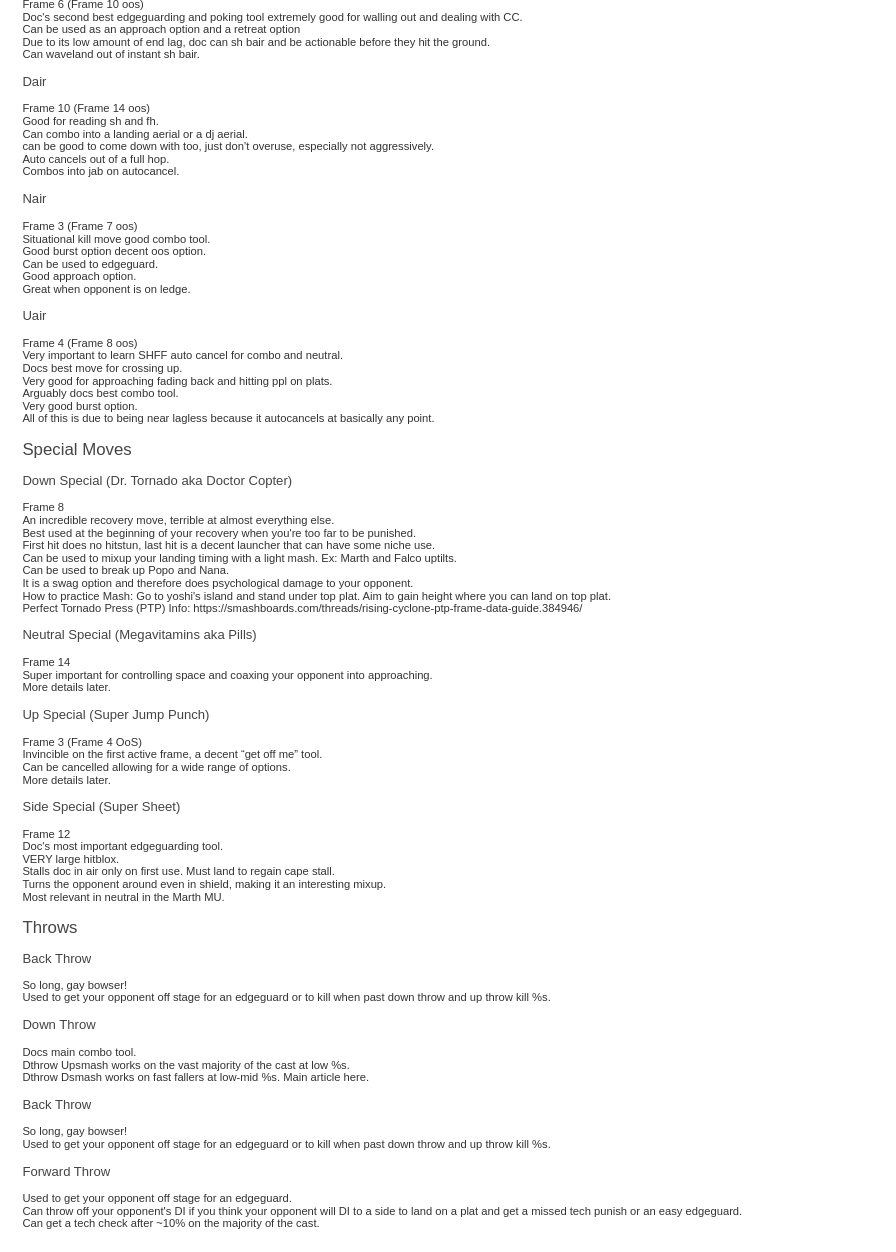
Repository: MatthewBakley/Doc-Document
Page: / (app in melee-doc-web/)
The author's editor kept a copy of each file at every save. The page is drawn from the files as they stood at one save, then again after the next save.
The browser window is 1280 px wide. The pictures show the part of the page from y = 1999 to 3919 px (the page is 3788 px tall before and 3919 px after), at 70% of full size.
The project was rebuilt for these pictures with package versions that can differ from the ones it lists, and the page was loaded fresh each time. Also part of the build but not shown: melee-doc-web/angular.json.

Above is the page before, as saved 2022-11-11 10:56:27.

### melee-doc-web/src/index.html
<!doctype html>
<html lang="en">
<head>
  <meta charset="utf-8">
  <title>MeleeDocWeb</title>
  <base href="/">
  <meta name="viewport" content="width=device-width, initial-scale=1">
  <link rel="icon" type="image/x-icon" href="favicon.ico">
</head>
<body>
  <app-root></app-root>
</body>
</html>

### melee-doc-web/src/app/app.component.ts
import { Component } from '@angular/core';

@Component({
  selector: 'app-root',
  templateUrl: './app.component.html',
  styleUrls: ['./app.component.css']
})
export class AppComponent {
  title = 'Melee Dr. Mario';
}

### melee-doc-web/src/app/app.component.html
<h1> {{title}}</h1>

<h1>Moveset</h1>
<p><a href="https://meleeframedata.com/dr._mario">Doc Moveset Frame Data</a><br>
  This guide below will talk more in terms of moveset application.<br>
  <a href="https://www.youtube.com/watch?v=P6oz-mCtFuQ">This</a><br>
  is just the tip of the iceberg with Doc Tech.<br>
  <a href="https://www.youtube.com/channel/UCcjclJ6iPYCIv2ocbS-OR8Q">Yeta</a><br>
  aka The Vod God has uploaded many high level doc sets in the modern era.
  A very good reference tool.<br>
  <a href="https://savestate.gg/">UnclePunch Savestate Files</a><br>
  There's not many savestate files yet for doc specifically, so get out there and add them!
</p>


<h2>Jabs</h2>

<h3>Jab 1</h3>
<p>
  Frame 2<br>
  One of Docs most useful neutral mixup tools,
  it can set up for things like downsmash and grab. <br>
  Great for interrupting opponents movement and beating longer startup moves.<br>
  Ends frame 15 making it a great option to call out floaty landings as well. <br>
</p>
<h3>Jab 2</h3>
<p>
  Frame 2<br>
  Not often utilized and for good reason, its basically just jab 1 but you have to do jab 1 to set
  it up, which means that it can be used as an additional mixup out of Jab 1, but not much else.
</p>
<h3>Jab 3</h3>
<p>
  Frame 4<br>
  The same as jab 2 except has some knockback to it so it can be a get off me tool at times and
  it can work on shield some what well, also has one of the lowest reaches of any of his moves
  at ledge.
</p>

<h3>Dash Attack</h3>
<p>
  Frame 6<br>
  Situational combo tool<br>
  Decent burst option<br>
  Sends opponents straight up<br>
  Can cause doc to “low profile” certain moves.<br>
  Leads to a techchase, especially on fast fallers.
</p>

<h2>Tilts</h2>

<h3>Down Tilt</h3>
<p>
  Frame 5<br>
  Used as a mixup to confuse your opponent in scraps to lead to a tech chase or edgeguard.<br>
  Much more practically used to set up edgeguards at around mid-high%, however can be amsah teched.
</p>
<h3>Forward Tilt</h3>
<p>Frame 4<br>
  Docs best poke tool, if its spaced well it can't be punished on whiff
  by some characters and can't be punished on shield.<br>
  It's also useful for edgeguarding on stage as well.
  The low angle can cover many options for grabbing ledge.<br>
  It can set up for a techchase situation too.
  </p>
<h3>Up Tilt</h3>
<p>
  Frame 4<br>
  A great combo tool and docs best anti air<br>
  The first frame hitbox sends opponent away and can set up for edgeguards at high %s.<br>
  Its hitbox lingers and it doesn't have much lag either.<br>
  Best used with dthrow, uthrow, landing uair, and dash attack.
</p>

<h2>Smash Attacks</h2>

<h3>Down Smash</h3>
<p>
  Frame 5<br>
  Easily docs best smash attack, amazing kill move and counter move.<br>
  Can set up for techchases can be used in techchases.<br>
  Can cover rolls with back hit.<br>
  Can be hard to punish on shield if spaced well.<br>
  It really does just about everything a move can do. When in doubt, downsmash.
</p>
<h3>Forward Smash</h3>
<p>
  Frame 12
  Doc's best kill move, but poor range
  Extremely good reward off of :
  </p>
  <ul>
    <li>Techchases</li>
    <li>Hard Reads</li>
    <li>Uair/DI mix up Finisher</li>
    <li>Punishing Undershoots</li>
    <li>Punishing Laggy Up-B Recoveries i.e. Shiek and Falcon</li>
  </ul>
<h3>Up Smash</h3>
<p>
  Frame 9 (Frame 10 OoS)
  The worst of the smash attacks but not bad by any means. It's mainly more useful against
  characters like yoshi who you can't hit anything else with out of dthrow, so floaties.<br>
  It also has some use when opponents are coming down due to hurtbox shift and head invincibilty
  like Falco laser (needs testing).<br>
  If the opponent is grounded it can setup for kills since it spikes them (grounded only)<br>
  Great for chain grab finishers
</p>

<h2>Aerial Attacks</h2>
<h3>Bair</h3>
<p>
  Frame 6 (Frame 10 oos)<br>
  Doc's second best edgeguarding and poking tool extremely good for walling out
  and dealing with CC.<br>
  Can be used as an approach option and a retreat option<br>
  Due to its low amount of end lag, doc can sh bair
  and be actionable before they hit the ground.<br>
  Can waveland out of instant sh bair.
  </p>
<h3>Dair</h3>
<p>
  Frame 10 (Frame 14 oos)<br>
  Good for reading sh and fh.<br>
  Can combo into a landing aerial or a dj aerial.<br>
  can be good to come down with too, just don't overuse, especially not aggressively.<br>
  Auto cancels out of a full hop.<br>
  Combos into jab on autocancel.
</p>
<h3>Nair</h3>
<p>
  Frame 3 (Frame 7 oos)<br>
  Situational kill move good combo tool.<br>
  Good burst option decent oos option.<br>
  Can be used to edgeguard.<br>
  Good approach option.<br>
  Great when opponent is on ledge.
</p>
<h3>Uair</h3>
<p>Frame 4 (Frame 8 oos)<br>
  Very important to learn SHFF auto cancel for combo and neutral.<br>
  Docs best move for crossing up.<br>
  Very good for approaching fading back and hitting ppl on plats.<br>
  Arguably docs best combo tool.<br>
  Very good burst option.<br>
  All of this is due to being near lagless because it autocancels at basically any point.<br>
 </p>

<h2>Special Moves</h2>
<h3>Down Special (Dr. Tornado aka Doctor Copter)</h3>
<p>
  Frame 8<br>
  An incredible recovery move, terrible at almost everything else.<br>
  Best used at the beginning of your recovery when you're too far to be punished.<br>
  First hit does no hitstun, last hit is a decent launcher that can have some niche use.<br>
  Can be used to mixup your landing timing with a light mash.
  Ex: Marth and Falco uptilts.<br>
  Can be used to break up Popo and Nana.<br>
  It is a swag option and therefore does psychological damage to your opponent.<br>
  How to practice Mash:
  Go to yoshi's island and stand under top plat.
  Aim to gain height where you can land on top plat.<br>
  Perfect Tornado Press (PTP) Info:
  https://smashboards.com/threads/rising-cyclone-ptp-frame-data-guide.384946/<br>
</p>
<h3>Neutral Special (Megavitamins aka Pills)</h3>
<p>
  Frame 14<br>
  Super important for controlling space and coaxing your opponent into approaching.<br>
  More details later.
</p>
<h3>Up Special (Super Jump Punch)</h3>
<p>
  Frame 3 (Frame 4 OoS)<br>
  Invincible on the first active frame, a decent “get off me” tool.<br>
  Can be cancelled allowing for a wide range of options.<br>
  More details later.
</p>
<h3>Side Special (Super Sheet)</h3>
<p>
  Frame 12<br>
  Doc's most important edgeguarding tool.<br>
  VERY large hitblox.<br>
  Stalls doc in air only on first use.
  Must land to regain cape stall.<br>
  Turns the opponent around even in shield, making it an interesting mixup.<br>
  Most relevant in neutral in the Marth MU.<br>
</p>

<h2>Throws</h2>
<h3>Back Throw</h3>
<p>
  So long, gay bowser!<br>
  Used to get your opponent off stage for an edgeguard
  or to kill when past down throw and up throw kill %s.<br>
</p>
<h3>Down Throw</h3>
<p>
  Docs main combo tool.<br>
  Dthrow Upsmash works on the vast majority of the cast at low %s.<br>
  Dthrow Dsmash works on fast fallers at low-mid %s.
  Main article here.<br>
</p>
<h3>Back Throw</h3>
<p>
  So long, gay bowser!<br>
  Used to get your opponent off stage for an edgeguard
  or to kill when past down throw and up throw kill %s.<br>
</p>
<h3>Forward Throw</h3>
<p>
  Used to get your opponent off stage for an edgeguard.<br>
  Can throw off your opponent's DI if you think your opponent will DI to a side to land on a plat
  and get a missed tech punish or an easy edgeguard.<br>
  Can get a tech check after ~10% on the majority of the cast.<br>
</p>

Loaded but not shown: melee-doc-web/src/styles.css (common file); melee-doc-web/src/main.ts (common file); melee-doc-web/src/app/app.module.ts (common file); melee-doc-web/src/environments/environment.ts (common file); melee-doc-web/src/app/app.component.css (no stored copy; drawn as an empty file)

After the next save:
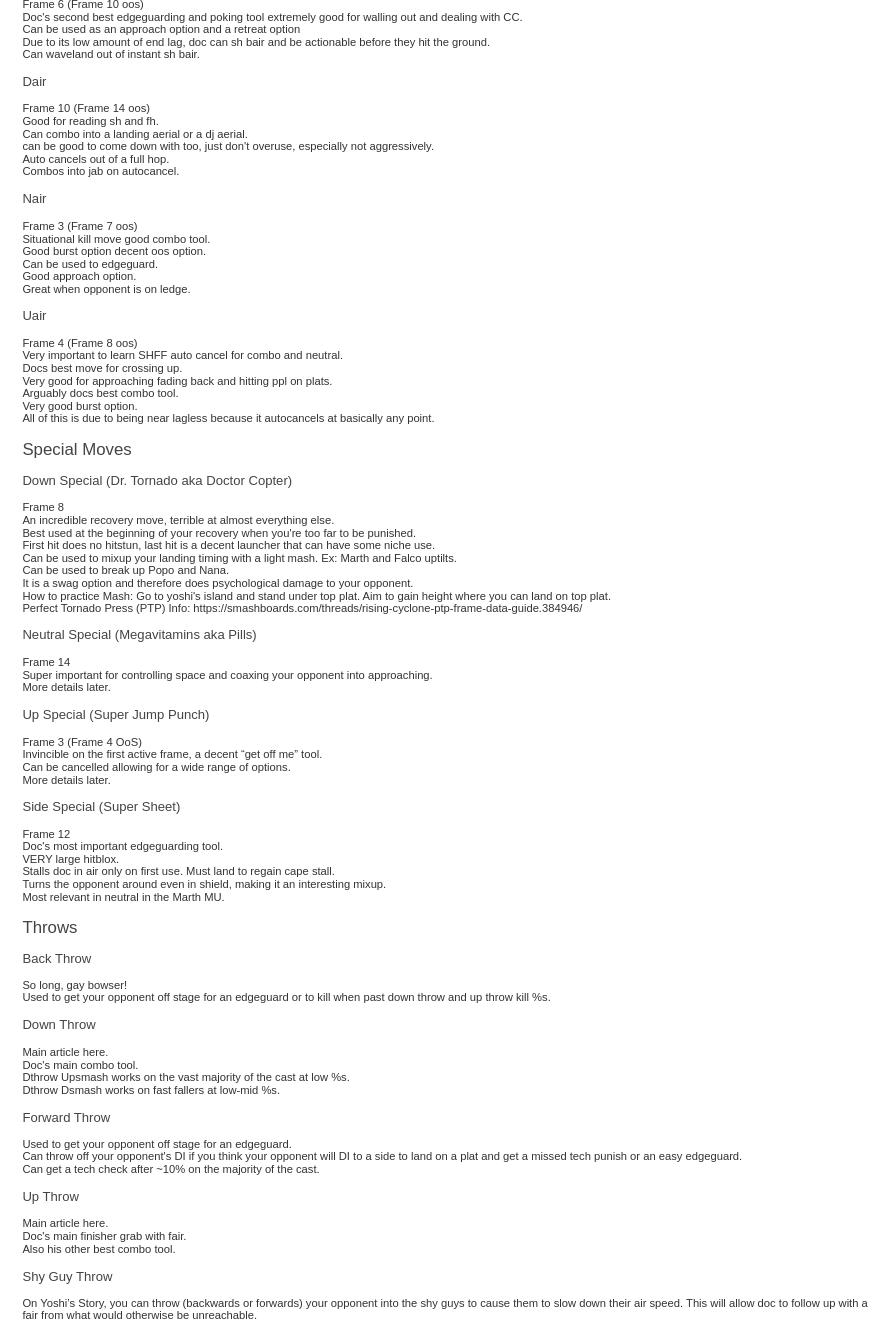
Saved 4 min 7 s later.
--- a/melee-doc-web/src/app/app.component.html
+++ b/melee-doc-web/src/app/app.component.html
@@ -196,16 +196,10 @@
 </p>
 <h3>Down Throw</h3>
 <p>
-  Docs main combo tool.<br>
+  Main article here.<br>
+  Doc's main combo tool.<br>
   Dthrow Upsmash works on the vast majority of the cast at low %s.<br>
   Dthrow Dsmash works on fast fallers at low-mid %s.
-  Main article here.<br>
-</p>
-<h3>Back Throw</h3>
-<p>
-  So long, gay bowser!<br>
-  Used to get your opponent off stage for an edgeguard
-  or to kill when past down throw and up throw kill %s.<br>
 </p>
 <h3>Forward Throw</h3>
 <p>
@@ -214,3 +208,15 @@
   and get a missed tech punish or an easy edgeguard.<br>
   Can get a tech check after ~10% on the majority of the cast.<br>
 </p>
+<h3>Up Throw</h3>
+<p>
+  Main article here.<br>
+  Doc's main finisher grab with fair.<br>
+  Also his other best combo tool.<br>
+</p>
+<h3>Shy Guy Throw</h3>
+<p>
+  On Yoshi’s Story, you can throw (backwards or forwards) your opponent into the shy guys
+  to cause them to slow down their air speed.
+  This will allow doc to follow up with a fair from what would otherwise be unreachable.<br>
+</p>
